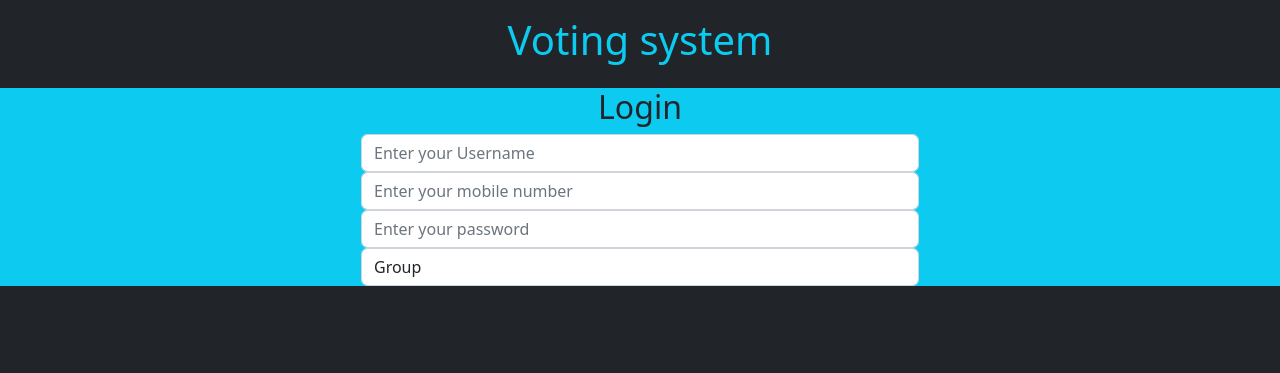
Repository: AvinashLikesToLearnNewStuff/VotingSite
Page: http://localhost/
The author's editor kept a copy of each file at every save. The page is drawn from the files as they stood at one save, then again after the next save.
The browser window is 1280 px wide. The pictures show the whole page.
The page is run by PHP 8.4 with error messages shown; the project is at /var/www/html/.

Above is the page before, as saved 2023-03-09 09:57:03.

After the next save:
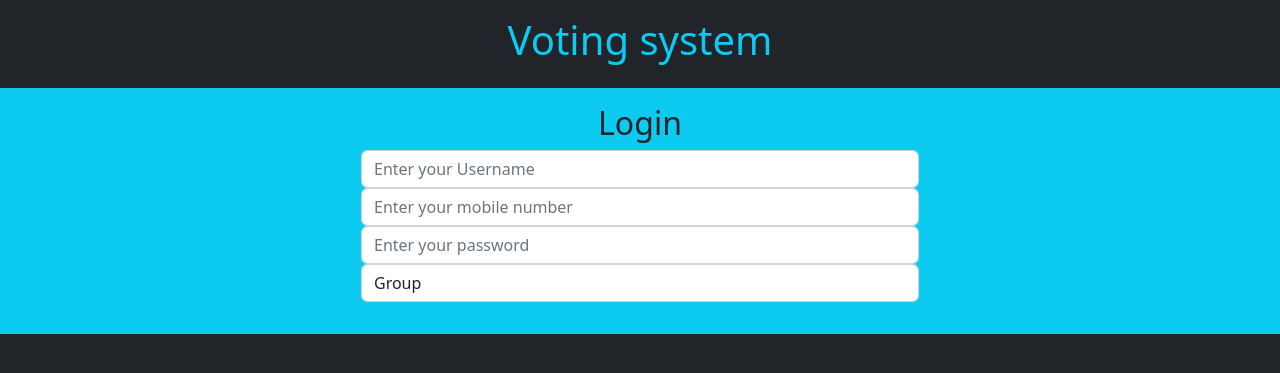
Saved 73 s later.
--- a/index.php
+++ b/index.php
@@ -10,7 +10,7 @@
 </head>
 <body class="bg-dark">
     <h1 class=  "text-info text-center p-3">Voting system</h1>
-    <div class="bg-info">
+    <div class="bg-info p-3">
         <h2 class="text-center">Login</h2>
         <div class="container">
             <form action="">

After the save that followed:
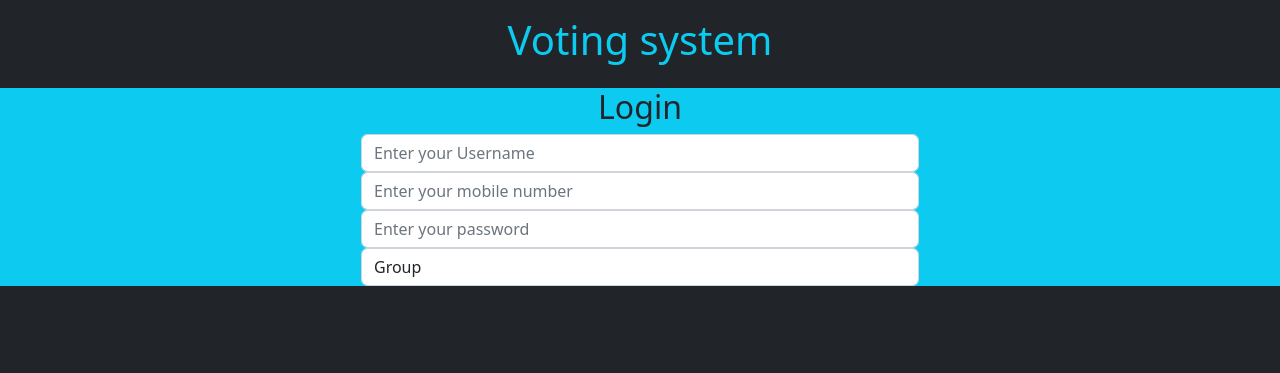
Saved 7 s later.
--- a/index.php
+++ b/index.php
@@ -10,7 +10,7 @@
 </head>
 <body class="bg-dark">
     <h1 class=  "text-info text-center p-3">Voting system</h1>
-    <div class="bg-info p-3">
+    <div class="bg-info ">
         <h2 class="text-center">Login</h2>
         <div class="container">
             <form action="">
